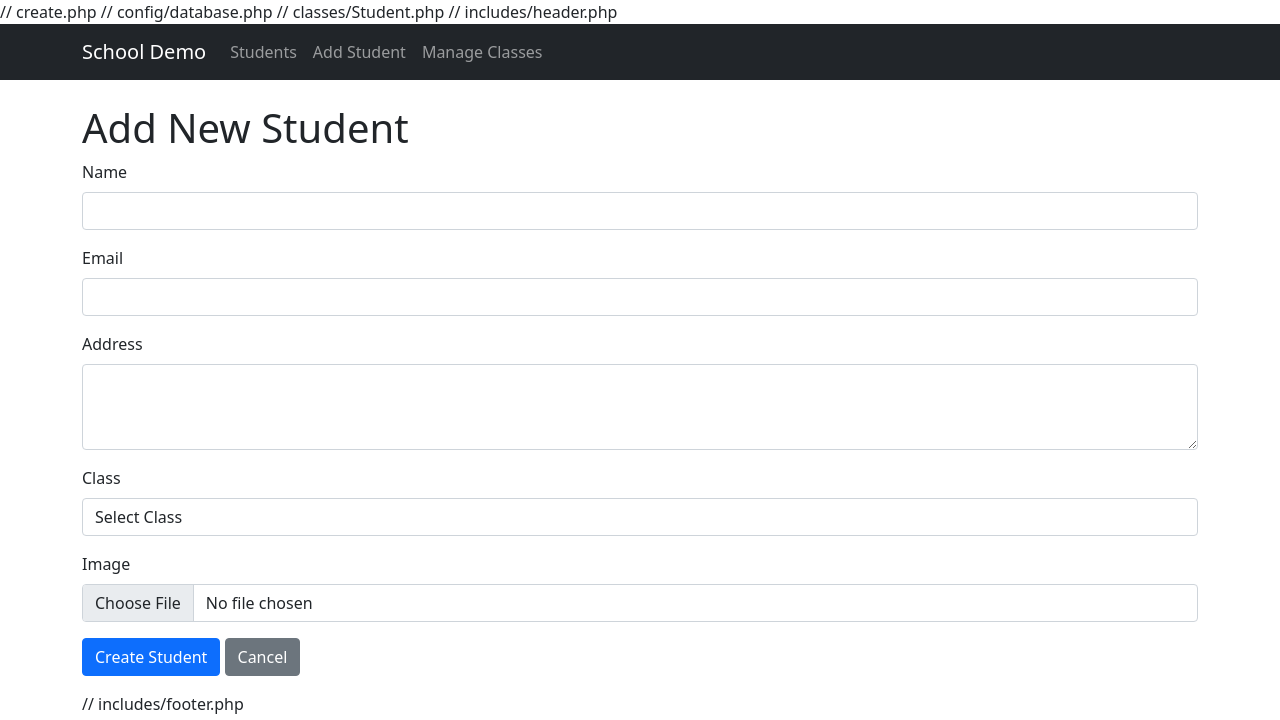
Repository: ASHVAMI/school_demo
Page: http://localhost/create.php
An editor plug-in stored every save of this project. The page is shown before and after the next save, followed by the edit.
The browser window is 1280 px wide. The pictures show the whole page.
The page is run by PHP 8.4 with error messages shown; the project is at /var/www/html/. Queries for data that is not in the repository find no rows.

Above is the page before, as saved 2024-11-30 23:35:06.

After the next save:
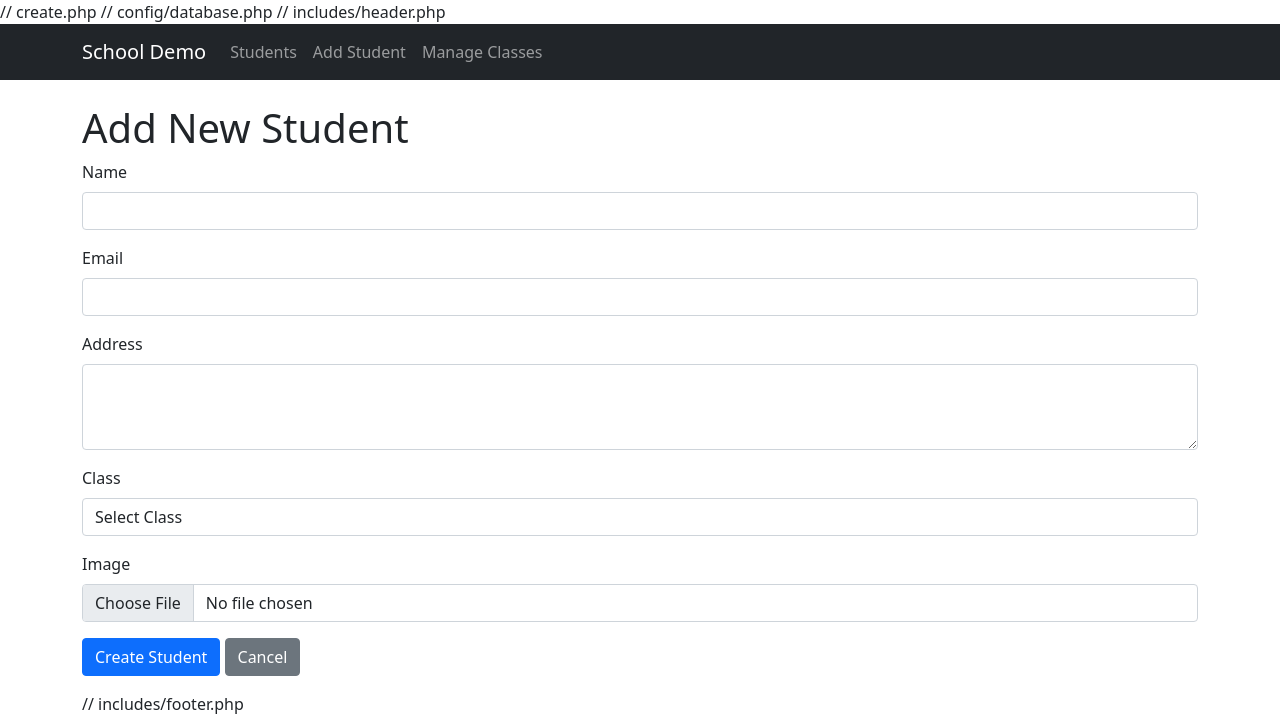
Saved 7 s later.
--- a/classes/Student.php
+++ b/classes/Student.php
@@ -1,4 +1,4 @@
-// classes/Student.php
+
 <?php
 class Student {
     private $conn;
